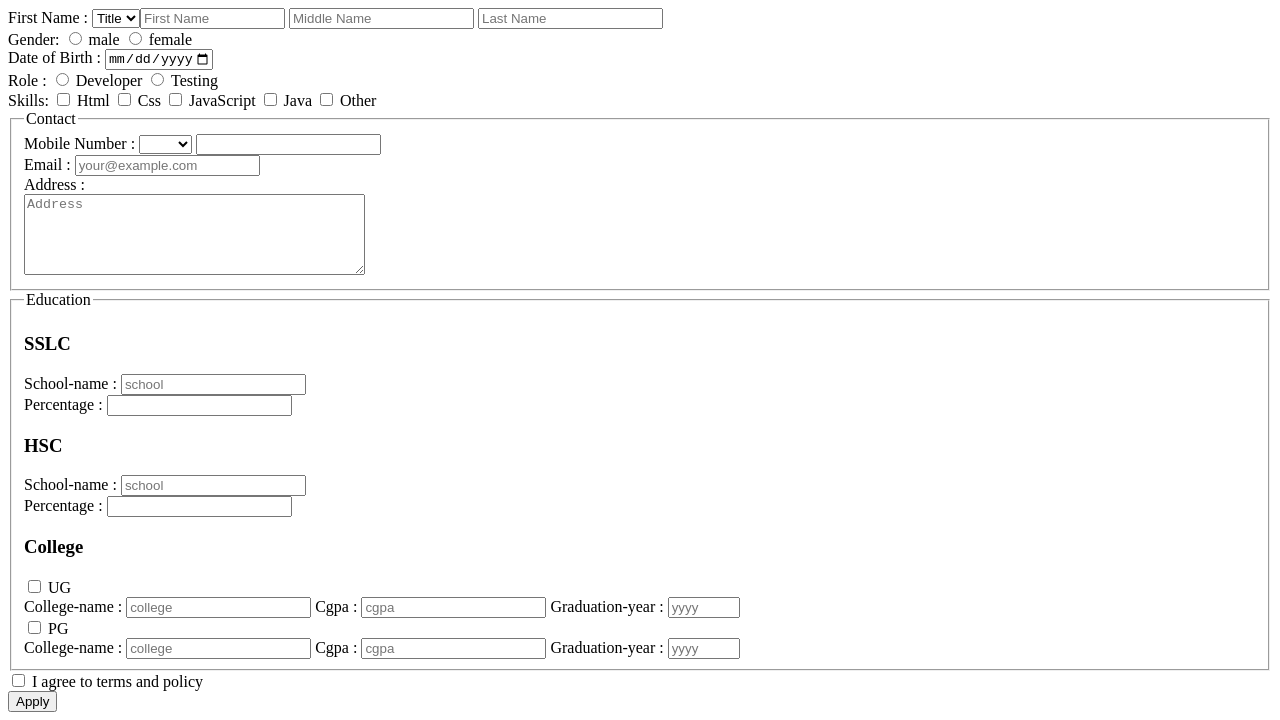
Repository: pradeepi2i/cab
Page: src/html/register.html
These files come from the project's save history. The page is drawn as it stood at one moment and after the next save; the edit follows.
The browser window is 1280 px wide. The pictures show the whole page.

Above is the page before, as saved 2022-12-06 04:18:08.

### src/html/register.html
<!DOCTYPE html>
<html lang="en">
<head>
    <meta charset="UTF-8">
    <meta http-equiv="X-UA-Compatible" content="IE=edge">
    <meta name="viewport" content="width=device-width, initial-scale=1.0">
    <title>Register</title>
</head>
<body>
    <div id="register" class="register-container">

        <form action="add" class="user-details" name="userDetails">
                <div class="input-fields">

                    <label for="first-name">First Name :</label>
                    <select id="surname" maxlength="4" required autocomplete="off" required>
                        <datalist id="surname">
                            <option value="" selected disabled>Title </option>
                            <option value="Mr.">Mr.</option>
                            <option value="Mrs.">Mrs.</option>
                            <option value="Ms.">Ms.</option>
                        </datalist>
                        <input id="first-name" type="text" name="firstName" size="15" maxlength="12"
                            pattern="[A-Za-z]{3,}" title="Name required" placeholder="First Name"   required>
                        <input id="middle-name" type="text" name="middleName" placeholder="Middle Name" pattern="[A-Za-z]{3,}">
                        <input id="last-name" type="text" name="lastName" placeholder="Last Name" pattern="[A-Za-z]{3,}" required>
                </div>
                <div class="input-fields">
                    <span>Gender:</span>
                    <input id="gender" type="radio" name="gender" value="male" required>
                    <label for="gender">male</label>
                    <input id="gender" type="radio" name="gender" value="female">
                    <label for="gender">female</label>
                </div>
                <div class="input-fields">
                    <label for="date-of-birth">Date of Birth :</label>
                    <input id="date-of-birth" type="date" name="dateOfBirth" max="2004-11-29" required>
                </div>
                <div class="input-fields">
                    <span>Role :</span>
                    <input id="role" type="radio" name="role" value="Developer" required>
                    <label for="role">Developer</label>
                    <input id="role" type="radio" name="role" value="Testing">
                    <label for="role">Testing</label>
                </div>
                <div class="input-fields">
                    <span >Skills:</span>
                    <!-- <select name="skills" id="">
                        <option value="" selected disabled> </option>
                        <option value="Html">Html</option>
                        <option value="C">Css</option>
                        <option value="JavaScript">JavaScript</option>

                    </select> -->
                    <input id="skills" type="checkbox" name="skills" value="skills">
                    <label for="skills">Html</label>
                    <input id="skills" type="checkbox" name="skills" value="Html">
                    <label for="skills">Css</label>
                    <input id="skills" type="checkbox" name="skills" value="Css">
                    <label for="skills">JavaScript</label>
                    <input id="skills" type="checkbox" name="skills" value="JavaScript">
                    <label for="skills">Java</label>
                    <input id="skills" type="checkbox" name="skills" value="Java">
                    <label for="skills">Other</label>

                </div>
            </fieldset>
            <fieldset>
                <legend>Contact</legend>
                <div class="input-fields">
                    <label for="mobile-number">Mobile Number :</label>
                    <select name="countryCode" id="country-code" required>
                        <option value="" selected disabled> </option>
                        <option value="+90">+90</option>
                        <option value="+891">+891</option>
                        <option value="+04">+04</option>
                        <option value="+91">+91</option>
                    </select>
                    <input id="mobile-number" type="number" name="mobileNumber" required>
                </div>
                <div class="input-fields">
                    <label for="email">Email :</label>
                    <input id="email" type="email" name="email" placeholder="your@example.com">
                </div>
                <div class="input-fields">
                    <label for="address">Address :</label><br>
                    <textarea name="address" id="address" cols="40" rows="5" placeholder="Address"></textarea>
                </div>
            </fieldset>
            <fieldset>
                <legend>Education</legend>
                <h3>SSLC</h3>
                <div class="input-fields">
                    <label for="school-name">School-name :</label>
                    <input id="school-name" type="text" name="schoolName" placeholder="school" required>
                </div>
                <div class="input-fields">
                    <label for="sslc-percentage">Percentage :</label>
                    <input id="sslc-percentage" type="text" name="sslcPercentage" pattern="[0-9]{2}(.[0-9]{2}%)?"
                        title="valid percentage" maxlength="7" required>
                </div>

                <h3>HSC</h3>
                <div class="input-fields">
                    <label for="school-name">School-name :</label>
                    <input id="school-name" type="text" name="schoolName" placeholder="school">
                </div>
                <div class="input-fields">
                    <label for="sslc-percentage">Percentage :</label>
                    <input id="sslc-percentage" type="text" name="hscPercentage" pattern="[0-9]{2}(.[0-9]{2}%)?"
                        title="valid percentage" maxlength="7">
                </div>

                <h3>College</h3>
                <div class="input-fields ug">
                    <input type="checkbox" name="graduation" id="graduation">
                    <label for="graduation">UG</label><br>
                    <label for="college-name">College-name :</label>
                    <input id="college-name" type="text" name="collegeName" placeholder="college" required>
                    <label for="cgpa">Cgpa :</label>
                    <input id="year" type="text" name="cgpa" placeholder="cgpa" required>
                    <label for="year">Graduation-year :</label>
                    <input id="year" type="number" name="graduationYear" placeholder="yyyy" min="1999" max="2022" required>
                </div>
                <div class="input-fields pg">
                    <input type="checkbox" name="graduation" id="graduation">
                    <label for="graduation">PG</label> <br>
                    <label for="college-name">College-name :</label>
                    <input id="college-name" type="text" name="collegeName" placeholder="college">
                    <label for="cgpa">Cgpa :</label>
                    <input id="year" type="text" name="cgpa" placeholder="cgpa">
                    <label for="year">Graduation-year :</label>
                    <input id="year" type="number" name="graduationYear" placeholder="yyyy" min="1999" max="2022" >
                </div>
            </fieldset>


            <div class="input-fields">
                <input type="checkbox" name="agree" id="agree">
                <label for="check"> I agree to terms and policy</label>
            </div>
            <div class="input-fields">
                <input type="submit" value="Apply" name="submit">
            </div>
        </form>

    </div>

</body>
</html>

After the next save:
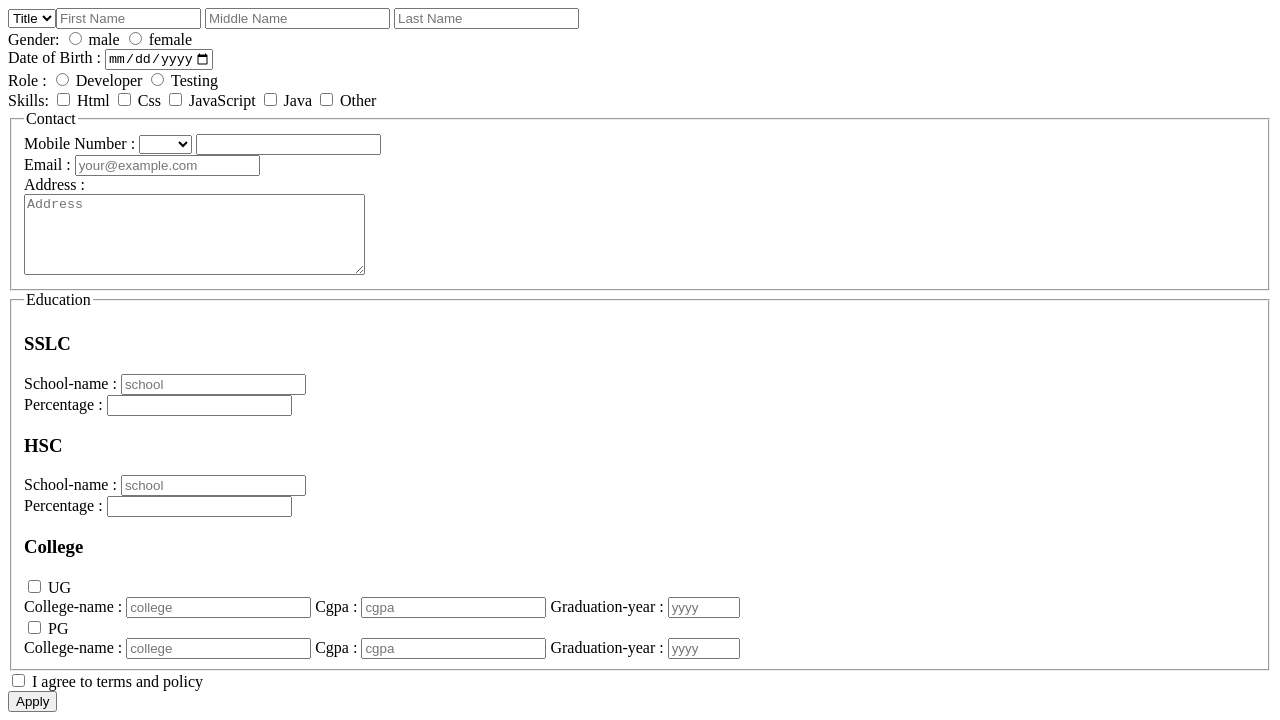
Saved 3 min 7 s later.
--- a/src/html/register.html
+++ b/src/html/register.html
@@ -12,7 +12,6 @@
         <form action="add" class="user-details" name="userDetails">
                 <div class="input-fields">
 
-                    <label for="first-name">First Name :</label>
                     <select id="surname" maxlength="4" required autocomplete="off" required>
                         <datalist id="surname">
                             <option value="" selected disabled>Title </option>
